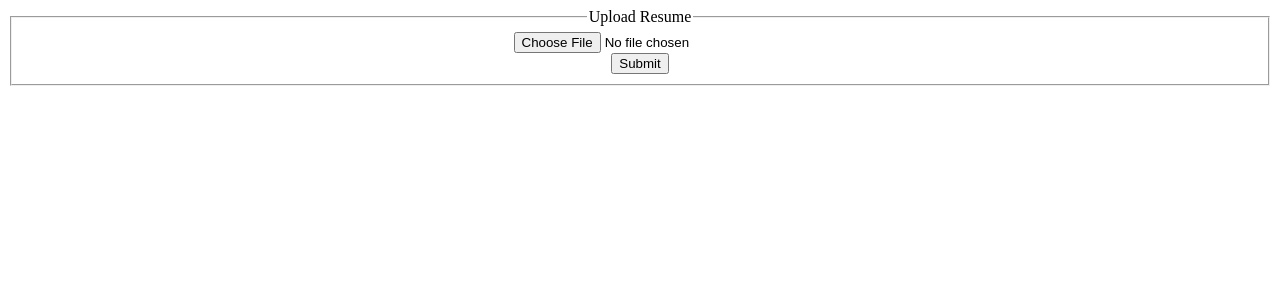
Repository: prashantsuman07/Manthan-ELF-16-OCT-19-Prashant-Suman
Page: http://localhost/Resume_Finder_Java_Application/JSP/UploadResume.jsp
The author's editor kept a copy of each file at every save. The page is drawn from the files as they stood at one save, then again after the next save.
The browser window is 1280 px wide. The pictures show the whole page.
The page is served by Tomcat 9.

Above is the page before, as saved 2019-12-02 12:01:51.

After the next save:
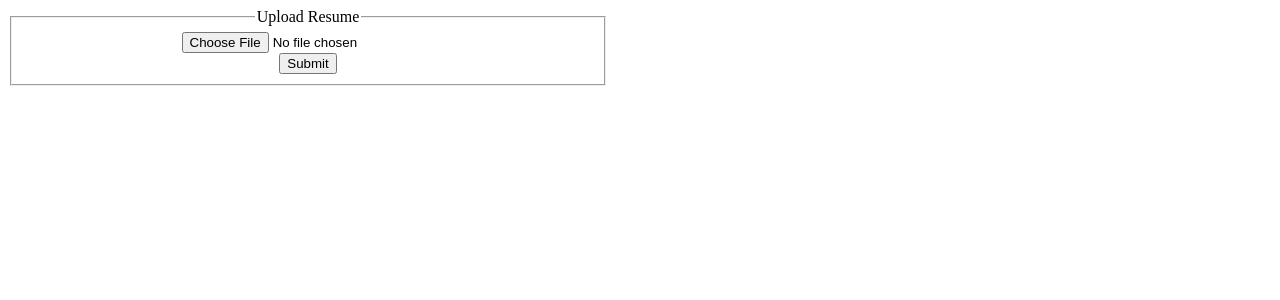
Saved 40 s later.
--- a/PLP_FinalEvaluation_JAVA/Resume_Finder_Java_Application/WebContent/JSP/UploadResume.jsp
+++ b/PLP_FinalEvaluation_JAVA/Resume_Finder_Java_Application/WebContent/JSP/UploadResume.jsp
@@ -5,6 +5,11 @@
 <head>
 <meta charset="ISO-8859-1">
 <title>Upload Resume</title>
+<style type="text/css">
+.Upload{
+width:600px;
+}
+</style>
 </head>
 <body>
 <div class="Upload">
